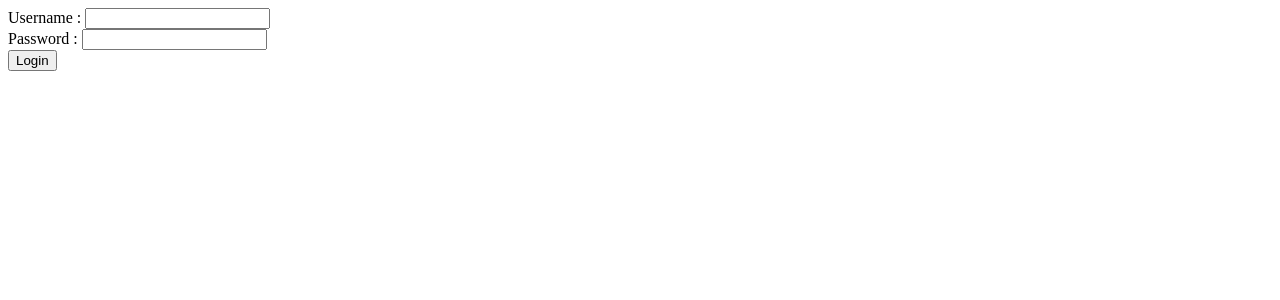
Repository: Aviligonda/Servlet_Programs
Page: FirstJavaWeb/src/main/webapp/login.html
An editor plug-in stored every save of this project. The page is shown before and after the next save, followed by the edit.
The browser window is 1280 px wide. The pictures show the whole page.

Above is the page before, as saved 2024-11-22 11:56:10.

After the next save:
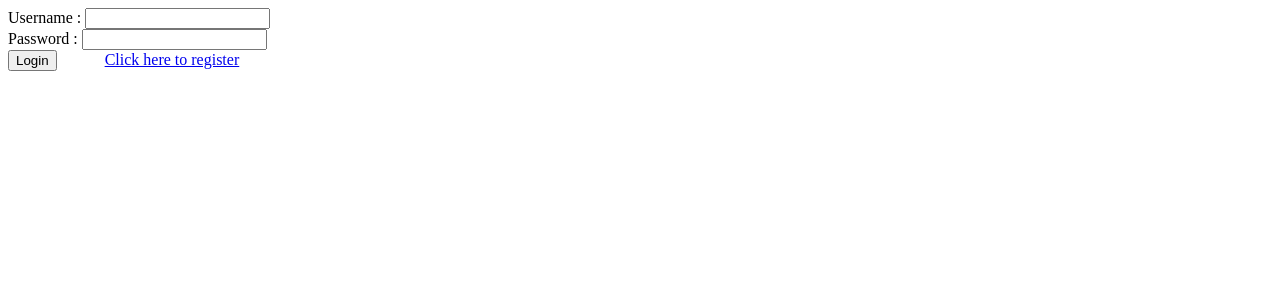
Saved 5 s later.
--- a/FirstJavaWeb/src/main/webapp/login.html
+++ b/FirstJavaWeb/src/main/webapp/login.html
@@ -9,6 +9,8 @@
 		Username : <input type="text" name="uname"><br>
 		Password : <input type="password" name="pass"><br>
 		<input type="submit" value=Login>
+		&nbsp;&nbsp;&nbsp;&nbsp;&nbsp;&nbsp;&nbsp;&nbsp;&nbsp;&nbsp;
+		<a href="register.html"> Click here to register</a>
 	</form>
 </body>
 </html>
